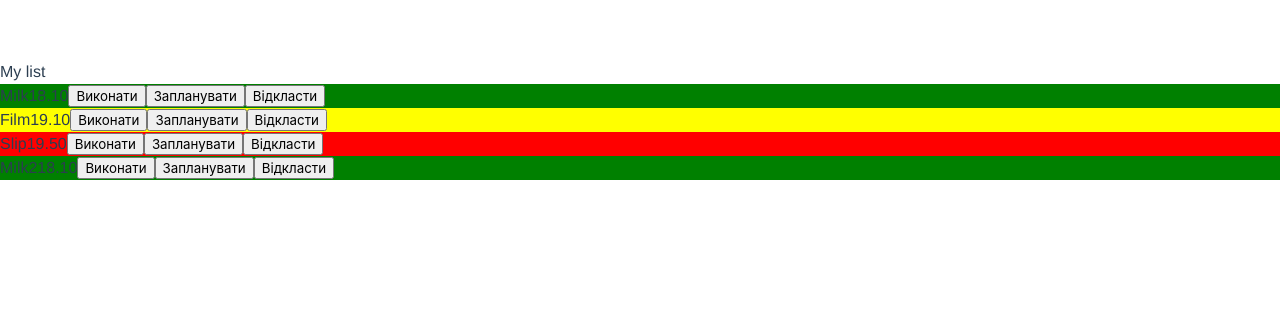
Repository: Olegche/sushi
Page: /
These files come from the project's save history. The page is drawn as it stood at one moment and after the next save; the edit follows.
The browser window is 1280 px wide. The pictures show the whole page.
The project was rebuilt for these pictures with package versions that can differ from the ones it lists, and the page was loaded fresh each time.

Above is the page before, as saved 2020-10-12 18:02:17.

### public/index.html
<!DOCTYPE html>
<html lang="en">
  <head>
    <meta charset="utf-8">
    <meta http-equiv="X-UA-Compatible" content="IE=edge">
    <meta name="viewport" content="width=device-width,initial-scale=1.0">
    <link rel="icon" href="<%= BASE_URL %>favicon.ico">
    <title>sushi</title>
  </head>
  <body>
    <noscript>
      <strong>We're sorry but <%= htmlWebpackPlugin.options.title %> doesn't work properly without JavaScript enabled. Please enable it to continue.</strong>
    </noscript>
    <div id="app"></div>
    <!-- built files will be auto injected -->
  </body>
</html>

### src/main.js
import Vue from 'vue'
import App from './App.vue'
import Buefy from 'buefy'
import 'buefy/dist/buefy.css'


Vue.use(Buefy)


Vue.config.productionTip = false



new Vue({
  render: h => h(App),
}).$mount('#app')

### src/App.vue
<template>
  <div id="app">
    <todo-list
    title="My list"
    :tasksList="myList"/>
  </div>
</template>

<script>
import TodoList from "./components/TodoList";
export default {
  name: 'App',
  components: {
    TodoList
  },

  data() {
    return {
      myList: [
        {
          id:1,
          task:"Milk",
          time:'18.10',
          status:"NEW"
        },
        {
          id:2,
          task:"Film",
          time:'19.10',
          status:"IN-PROGRES"
        },
        {
          id:3,
          task:"Slip",
          time:'19.50',
          status:"POSTPONED"
        },
        {
          id:4,
          task:"Milk2",
          time:'18.10',
          status:"NEW"
        },
      ]
    }
  },
}
</script>

<style>
#app {
  font-family: Avenir, Helvetica, Arial, sans-serif;
  -webkit-font-smoothing: antialiased;
  -moz-osx-font-smoothing: grayscale;
  /* text-align: center; */
  color: #2c3e50;
  margin-top: 60px;
}
</style>

### src/components/TodoList/index.vue
<template>
    <div>

        <div>{{title}}</div>
        <div>
            <todo-item v-for="taskItem in tasksList" :key="taskItem.id"
                :task="taskItem.task"
                :time="taskItem.time"
                :status='taskItem.status'
             @my-postponed="onPostponed(taskItem.id)"
             @plan="onPlan($event, taskItem.id)"
             />
        </div>
    </div>
</template>

<script>
import data from './settings'
import TodoItem from "./TodoItem";
    export default {
        name:"TodoList",

        components: {
            TodoItem,
        },

        props: {
            tasksList: {
                type: Array,
                default: ()=>[]
            },
            title:{
                type:String,
                default:'no title'
            },

        },

        data() {
            return {
                data
            }
        },

        methods: {
            onPlan(valDate,id){
console.log(valDate,id);
            },
            onPostponed(id) {
                const task=this.tasksList.find(item=>item.id===id)
                task.status='POSTPONED'
            }
        },
    }
</script>

<style lang="css" scoped>
.img-container{
    width: 100vw;
    height: 100px;
/* display: flex; */
}
.img-1{
    width:100px;
    /* display: flex; */
    float: left;
}
.img-2{
    width:100px;
    /* display: flex; */

    float: right;
}
.img{
    width: 100px;
}
</style>

### src/components/TodoList/settings.js
export default [
  {
    img: "smile.jpg",
  },
];

### src/components/TodoList/TodoItem/index.vue
<template>
    <div :class="statusClass">
        <span>{{task}}</span>
        <span>{{time}}</span>
        <button>Виконати</button>
        <button @click="$emit('plan',id)">Запланувати</button>
        <button @click="$emit('my-postponed')">
            Відкласти
        </button>
    </div>
</template>

<script>
    export default {
        name:"TodoItem",

        props: {
            task: {
                type: String,
                default:'',
            },
            time: {
                type: String,
                default:'',
            },
            status:{
                type: String,
                default:'',
            }
        },

        computed: {
            statusClass() {
                switch (this.status) {
                    case 'NEW': return 'new'

                    case 'IN-PROGRES': return 'in-progres'

                    case 'POSTPONED': return 'postponed'

                    default:
                        return 'new'

                }
            }
        },
    }
</script>

<style lang="css" scoped>
.new{
    background-color: green;
}
.in-progres{
    background-color: yellow;
}
.postponed{
    background-color: red;
}
</style>

After the next save:
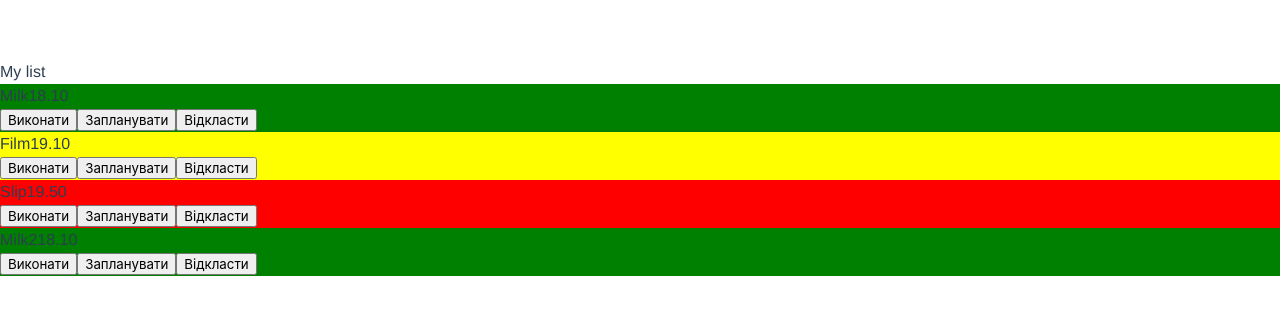
Saved 97 s later.
--- a/src/components/TodoList/TodoItem/index.vue
+++ b/src/components/TodoList/TodoItem/index.vue
@@ -1,12 +1,16 @@
 <template>
     <div :class="statusClass">
-        <span>{{task}}</span>
-        <span>{{time}}</span>
+        <div>
+            <span>{{task}}</span>
+            <span>{{time}}</span>
+        </div>
+        <div>
         <button>Виконати</button>
         <button @click="$emit('plan',id)">Запланувати</button>
         <button @click="$emit('my-postponed')">
             Відкласти
         </button>
+        </div>
     </div>
 </template>
 
